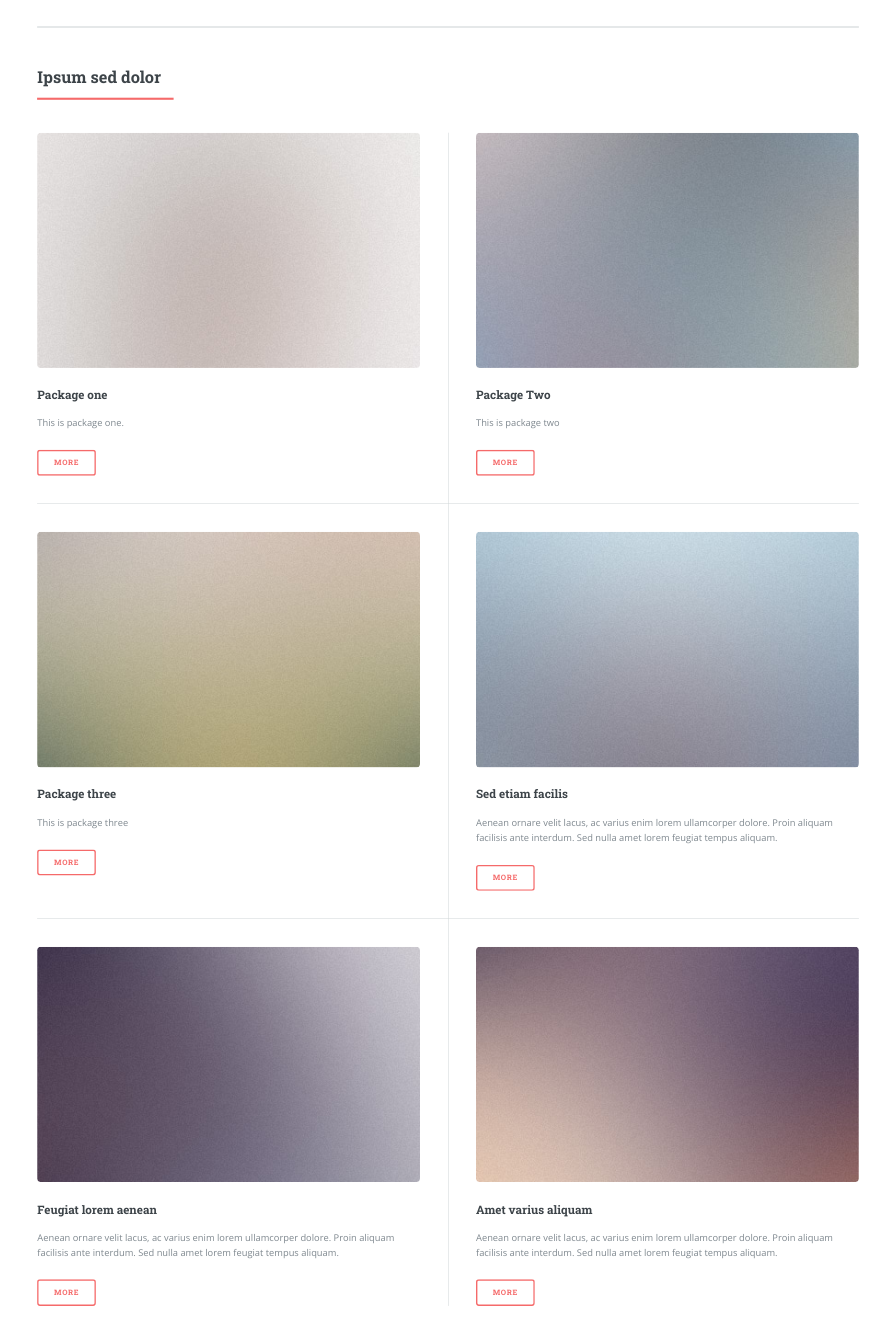
Repository: rachel648/New_Elite
Page: index.html
The author's editor kept a copy of each file at every save. The page is drawn from the files as they stood at one save, then again after the next save.
The browser window is 1280 px wide. The pictures show the part of the page from y = 1871 to 3791 px (the page is 3791 px tall before and 3769 px after), at 70% of full size.

Above is the page before, as saved 2024-10-14 11:52:14.

### index.html
<!DOCTYPE HTML>
<html>
	<head>
		<title>ELITE SKATES</title>
		<meta charset="utf-8" />
		<meta name="viewport" content="width=device-width, initial-scale=1, user-scalable=no" />
		<link rel="stylesheet" href="assets/css/main.css" />
	</head>
	<body class="is-preload">

		<!-- Wrapper -->
			<div id="wrapper">

				<!-- Main -->
					<div id="main">
						<div class="inner">

							<!-- Header -->
								<header id="header">
									<a href="index.html" class="logo"><strong>ELITE </strong>SKATING CLUB</a>
									<ul class="icons">
										<li><a href="#" class="icon brands fa-twitter"><span class="label">Twitter</span></a></li>
										<li><a href="#" class="icon brands fa-facebook-f"><span class="label">Facebook</span></a></li>
										<li><a href="#" class="icon brands fa-snapchat-ghost"><span class="label">Snapchat</span></a></li>
										<li><a href="#" class="icon brands fa-instagram"><span class="label">Instagram</span></a></li>
										<li><a href="#" class="icon brands fa-medium-m"><span class="label">Medium</span></a></li>
									</ul>
								</header>

							<!-- Banner -->
								<section id="banner">
									<div class="content">
										<header>
											<h1>Welcome, Let's Skate!<br />
											With Mario</h1>
											<p>Join the thrill, boost your skills, and enjoy the ride with our skating community!</p>
										</header>
										<p>Skating is not only a fun way to stay active, but it also improves balance, coordination, and cardiovascular health. Whether you're cruising for fitness or gliding for fun, it's a great way to build strength and reduce stress while enjoying the outdoors."</p>
										<ul class="actions">
											<li><a href="#" class="button big">Learn More</a></li>
										</ul>
									</div>
									<span class="image object">
										<img src="images/skatetwo-removebg-preview.png" alt="" />
									</span>
								</section>

							<!-- Section -->
								<section>
									<header class="major">
										<h2>ACTIVITIES OFFERED:</h2>
									</header>
									<div class="features">
										<article>
											<span class="image object"></span>
											<img src="images/training.jpg" alt="" />
											<div class="content">
												<h3>BOOK YOUR TRAINING HERE!!</h3>
												<p>Let's get better at it</p>
											</div>
										</article>
										<article>
											<span class="image object">
										<img src="images/pinkskates.jpg-removebg-preview.png" alt="" />
											<div class="content">
												<h3>GET YOUR OWN SKATES!</h3>
												<p>At a cheap price</p>
											</div>
										</article>
										<article>
											<span class="image object">
												<img src="images/competition-removebg-preview.png" alt="" />
											<div class="content">
												<h3>BOOK A COMPETITION</h3>
												<p> Don't be left out</p>
										</article>
										<article>
											<span class="image object">
												<img src="images/blueskates-removebg-preview.png" alt="" />
											<div class="content">
												<h3>SPEED TESTING</h3>
												<p>Healthy stuff</p>
											</div>
										</article>
									</div>
								</section>

							<!-- Section -->
								<section>
									<header class="major">
										<h2>Ipsum sed dolor</h2>
									</header>
									<div class="posts">
										<article>
											<a href="#" class="image"><img src="images/pic01.jpg" alt="" /></a>
											<h3>Package one</h3>
											<p>This is package one.</p>
											<ul class="actions">
												<li><a href="#" class="button">More</a></li>
											</ul>
										</article>
										<article>
											<a href="#" class="image"><img src="images/pic02.jpg" alt="" /></a>
											<h3>Package Two</h3>
											<p>This is package two</p>
											<ul class="actions">
												<li><a href="#" class="button">More</a></li>
											</ul>
										</article>
										<article>
											<a href="#" class="image"><img src="images/pic03.jpg" alt="" /></a>
											<h3>Package three</h3>
											<p>This is package three</p>
											<ul class="actions">
												<li><a href="#" class="button">More</a></li>
											</ul>
										</article>
										<article>
											<a href="#" class="image"><img src="images/pic04.jpg" alt="" /></a>
											<h3>Sed etiam facilis</h3>
											<p>Aenean ornare velit lacus, ac varius enim lorem ullamcorper dolore. Proin aliquam facilisis ante interdum. Sed nulla amet lorem feugiat tempus aliquam.</p>
											<ul class="actions">
												<li><a href="#" class="button">More</a></li>
											</ul>
										</article>
										<article>
											<a href="#" class="image"><img src="images/pic05.jpg" alt="" /></a>
											<h3>Feugiat lorem aenean</h3>
											<p>Aenean ornare velit lacus, ac varius enim lorem ullamcorper dolore. Proin aliquam facilisis ante interdum. Sed nulla amet lorem feugiat tempus aliquam.</p>
											<ul class="actions">
												<li><a href="#" class="button">More</a></li>
											</ul>
										</article>
										<article>
											<a href="#" class="image"><img src="images/pic06.jpg" alt="" /></a>
											<h3>Amet varius aliquam</h3>
											<p>Aenean ornare velit lacus, ac varius enim lorem ullamcorper dolore. Proin aliquam facilisis ante interdum. Sed nulla amet lorem feugiat tempus aliquam.</p>
											<ul class="actions">
												<li><a href="#" class="button">More</a></li>
											</ul>
										</article>
									</div>
								</section>

						</div>
					</div>

				<!-- Sidebar -->
					<div id="sidebar">
						<div class="inner">

							<!-- Search -->
								<section id="search" class="alt">
									<form method="post" action="#">
										<input type="text" name="query" id="query" placeholder="Search" />
									</form>
								</section>

							<!-- Menu -->
								<nav id="menu">
									<header class="major">
										<h2>Menu</h2>
									</header>
									<ul>
										<li><a href="index.html">Homepage</a></li>
										<li><a href="generic.html">Generic</a></li>
										<li><a href="elements.html">Elements</a></li>
										<li>
											<span class="opener">Submenu</span>
											<ul>
												<li><a href="#">Lorem Dolor</a></li>
												<li><a href="#">Ipsum Adipiscing</a></li>
												<li><a href="#">Tempus Magna</a></li>
												<li><a href="#">Feugiat Veroeros</a></li>
											</ul>
										</li>
										<li><a href="#">Etiam Dolore</a></li>
										<li><a href="#">Adipiscing</a></li>
										<li>
											<span class="opener">Another Submenu</span>
											<ul>
												<li><a href="#">Lorem Dolor</a></li>
												<li><a href="#">Ipsum Adipiscing</a></li>
												<li><a href="#">Tempus Magna</a></li>
												<li><a href="#">Feugiat Veroeros</a></li>
											</ul>
										</li>
										<li><a href="#">Maximus Erat</a></li>
										<li><a href="#">Sapien Mauris</a></li>
										<li><a href="#">Amet Lacinia</a></li>
									</ul>
								</nav>

							<!-- Section -->
								<section>
									<header class="major">
										<h2>Ante interdum</h2>
									</header>
									<div class="mini-posts">
										<article>
											<a href="#" class="image"><img src="images/pic07.jpg" alt="" /></a>
											<p>Aenean ornare velit lacus, ac varius enim lorem ullamcorper dolore aliquam.</p>
										</article>
										<article>
											<a href="#" class="image"><img src="images/pic08.jpg" alt="" /></a>
											<p>Aenean ornare velit lacus, ac varius enim lorem ullamcorper dolore aliquam.</p>
										</article>
										<article>
											<a href="#" class="image"><img src="images/pic09.jpg" alt="" /></a>
											<p>Aenean ornare velit lacus, ac varius enim lorem ullamcorper dolore aliquam.</p>
										</article>
									</div>
									<ul class="actions">
										<li><a href="#" class="button">More</a></li>
									</ul>
								</section>

							<!-- Section -->
								<section>
									<header class="major">
										<h2>Get in touch</h2>
									</header>
									<p>Sed varius enim lorem ullamcorper dolore aliquam aenean ornare velit lacus, ac varius enim lorem ullamcorper dolore. Proin sed aliquam facilisis ante interdum. Sed nulla amet lorem feugiat tempus aliquam.</p>
									<ul class="contact">
										<li class="icon solid fa-envelope"><a href="#">information@untitled.tld</a></li>
										<li class="icon solid fa-phone">(000) 000-0000</li>
										<li class="icon solid fa-home">1234 Somewhere Road #8254<br />
										Nashville, TN 00000-0000</li>
									</ul>
								</section>

							<!-- Footer -->
								<footer id="footer">
									<p class="copyright">&copy; Untitled. All rights reserved. Demo Images: <a href="https://unsplash.com">Unsplash</a>. Design: <a href="https://html5up.net">HTML5 UP</a>.</p>
								</footer>

						</div>
					</div>

			</div>

		<!-- Scripts -->
			<script src="assets/js/jquery.min.js"></script>
			<script src="assets/js/browser.min.js"></script>
			<script src="assets/js/breakpoints.min.js"></script>
			<script src="assets/js/util.js"></script>
			<script src="assets/js/main.js"></script>

	</body>
</html>

Loaded but not shown: assets/css/fontawesome-all.min.css (library); assets/js/jquery.min.js (library); assets/js/browser.min.js (common file); assets/js/breakpoints.min.js (common file); assets/js/util.js (587 lines, source omitted); assets/js/main.js (262 lines, source omitted); assets/css/main.css (2284 lines, source omitted)

After the next save:
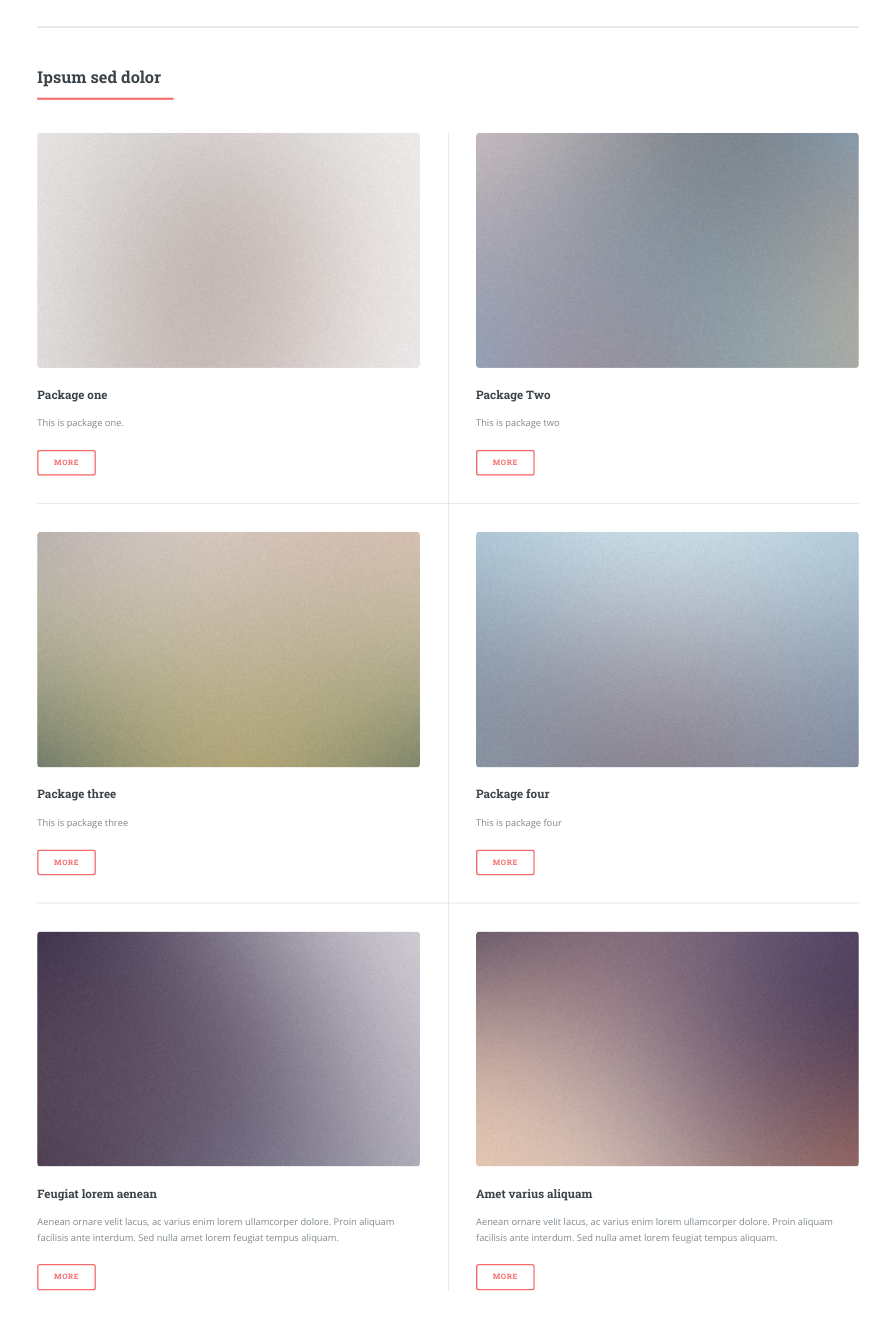
Saved 28 s later.
--- a/index.html
+++ b/index.html
@@ -117,8 +117,8 @@
 										</article>
 										<article>
 											<a href="#" class="image"><img src="images/pic04.jpg" alt="" /></a>
-											<h3>Sed etiam facilis</h3>
-											<p>Aenean ornare velit lacus, ac varius enim lorem ullamcorper dolore. Proin aliquam facilisis ante interdum. Sed nulla amet lorem feugiat tempus aliquam.</p>
+											<h3>Package four</h3>
+											<p>This is package four</p>
 											<ul class="actions">
 												<li><a href="#" class="button">More</a></li>
 											</ul>
